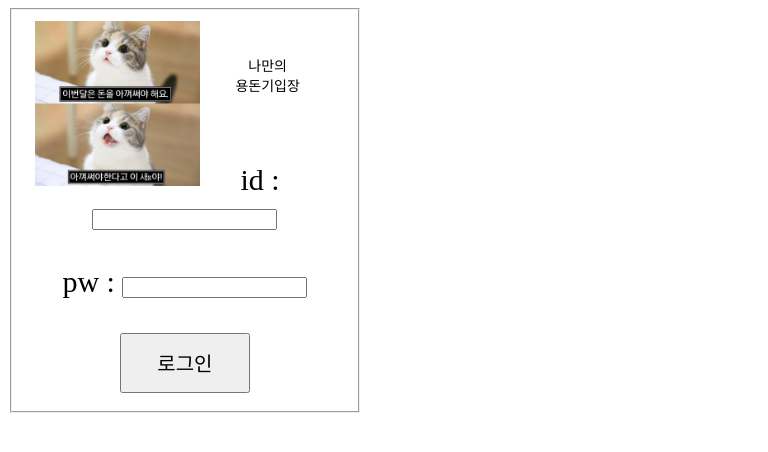
Repository: hus0124/M-IT
Page: JSP_Workspaces/pocketMoneyDiary/WebContent/index.html
These files come from the project's save history. The page is drawn as it stood at one moment and after the next save; the edit follows.
The browser window is 768 px wide. The pictures show the whole page.

Above is the page before, as saved 2020-01-03 00:11:34.

### JSP_Workspaces/pocketMoneyDiary/WebContent/index.html
<!DOCTYPE html>
<html>
<head>
<meta charset="EUC-KR">
<title>완성</title>
<style>
body {font-size:30px}
@media (max-width:780px){
#title {font-size:14px }
body{font-sze:14px}
}
</style>
</head>
<body>
	<fieldset style="width:40%; height:auto; text-align:center">
	<form action="result.jsp" method="get">

		<img src="catmoney.png" style="width:55%; height:auto; float:left">
		<br><div id="title">나만의<br>용돈기입장</div><br><br>
		id :&nbsp;&nbsp;<input type="text" name = "id"><br><br>
		pw : <input type="text" name = "pw"><br><br>
		<input type="submit" value = "로그인" style="width:130px;height:60px;font-size:20px;">

	</form>
	</fieldset>
</body>
</html>

After the next save:
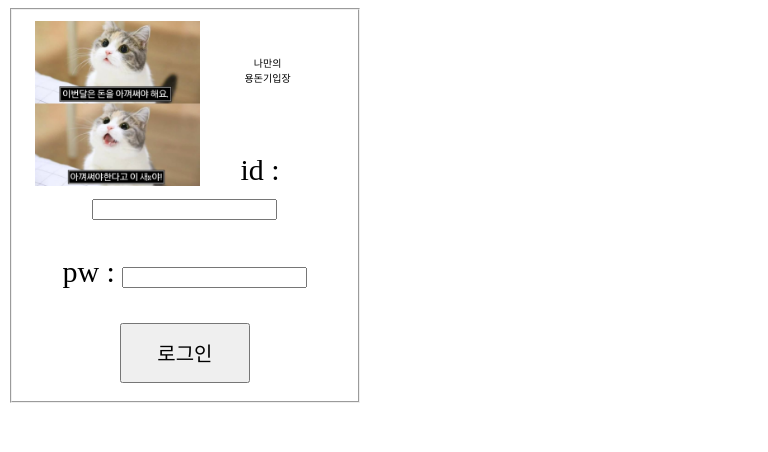
Saved 15 s later.
--- a/JSP_Workspaces/pocketMoneyDiary/WebContent/index.html
+++ b/JSP_Workspaces/pocketMoneyDiary/WebContent/index.html
@@ -6,7 +6,7 @@
 <style>
 body {font-size:30px}
 @media (max-width:780px){
-#title {font-size:14px }
+#title {font-size:10px }
 body{font-sze:14px}
 }
 </style>
